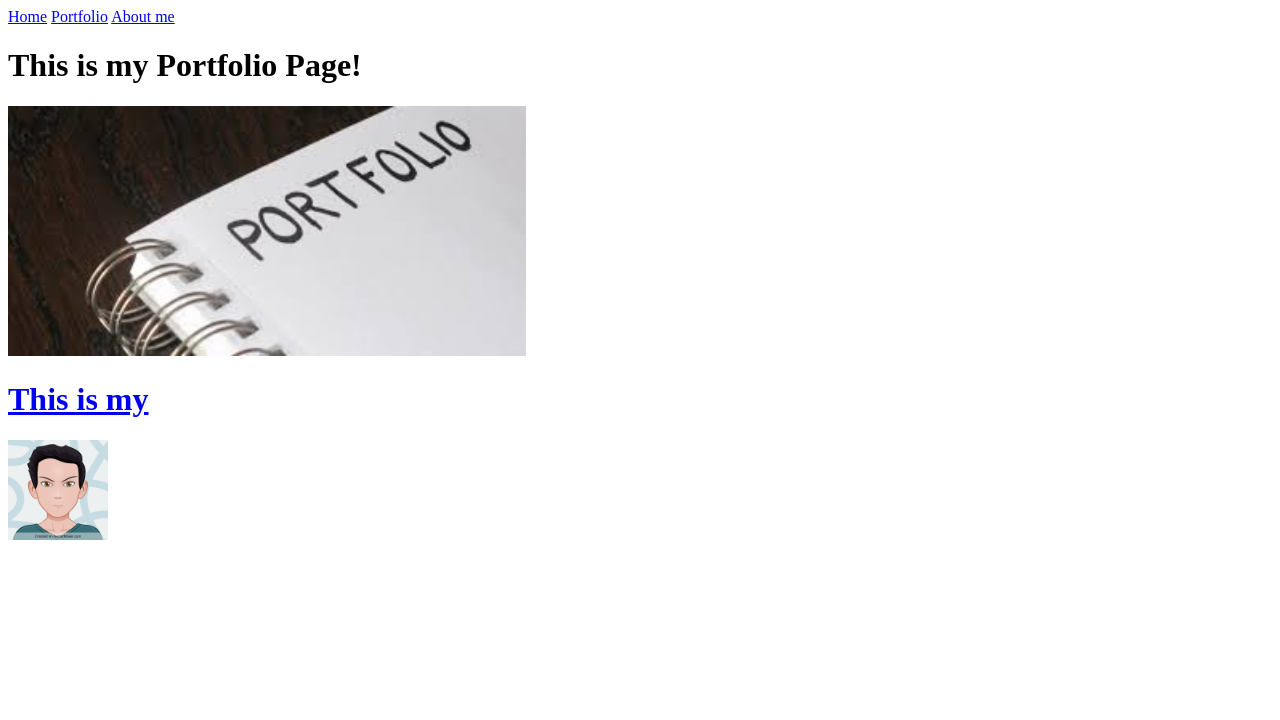
Repository: mdiaz2319/mdiaz2319.github.io
Page: my_website/portfolio.html
The author's editor kept a record of every edit. The page is drawn from the files as they stood at one moment, then again after the next edit.
The browser window is 1280 px wide. The pictures show the whole page.

Above is the page before.

### my_website/portfolio.html
<!doctype html>
	<html lang="en">
	  <head>
	    <meta charset="utf-8">
	    <title>Portfolio</title>
	  </head>
	  <body>
    <a href="index.html">Home</a>
    <a href="portfolio.html">Portfolio</a>
    <a href="aboutme.html">About me</a>
    <h1>This is my Portfolio Page!</h1>
    <img src="images/portfolio.jpg" height="250">
    <br>
    <a target="_blank" href="https://scratch.mit.edu">
         <h1>This is my </h1>
      <img src="images/gravatar.png" height="100">
    </a>
	  </body>
	</html>

After the next edit:
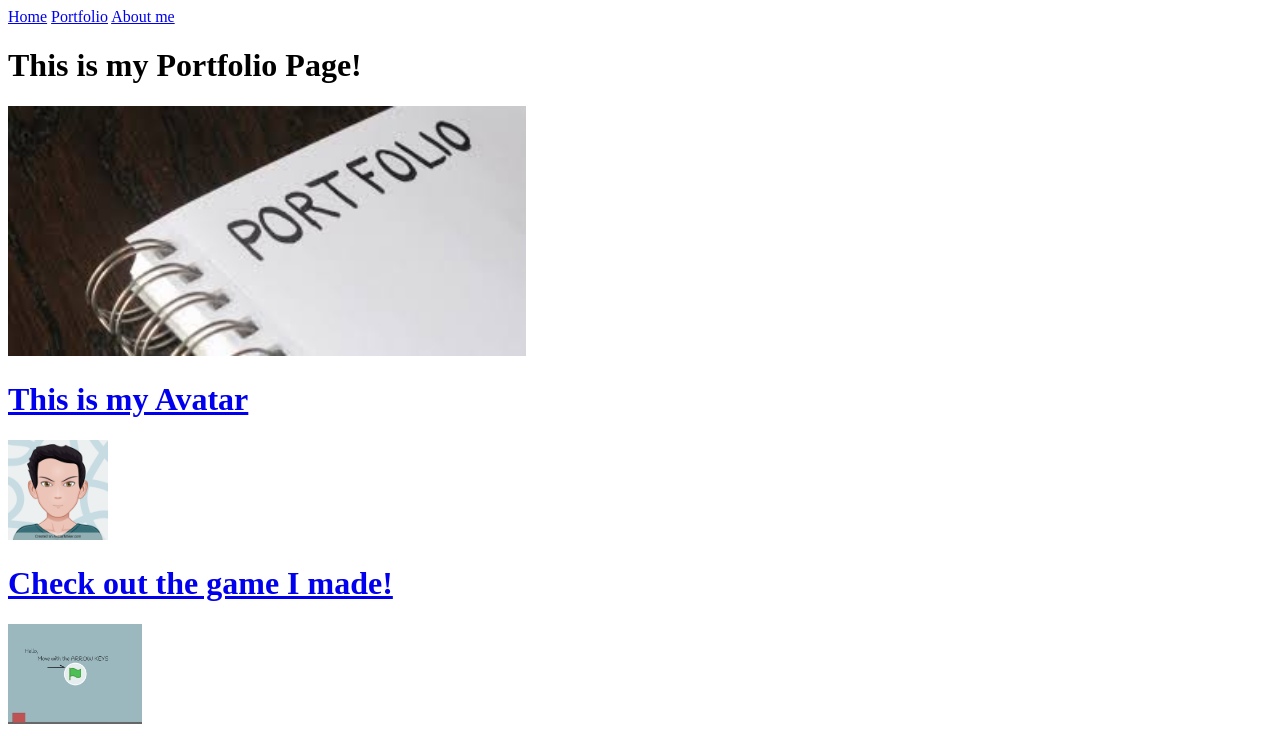
The edit:
--- a/my_website/portfolio.html
+++ b/my_website/portfolio.html
@@ -12,8 +12,10 @@
     <img src="images/portfolio.jpg" height="250">
     <br>
     <a target="_blank" href="https://scratch.mit.edu">
-         <h1>This is my </h1>
+         <h1>This is my Avatar </h1>
       <img src="images/gravatar.png" height="100">
+       <h1>Check out the game I made!</h1>
+         <img src="images/Scratch project.PNG" height="100">
     </a>
 	  </body>
 	</html>
